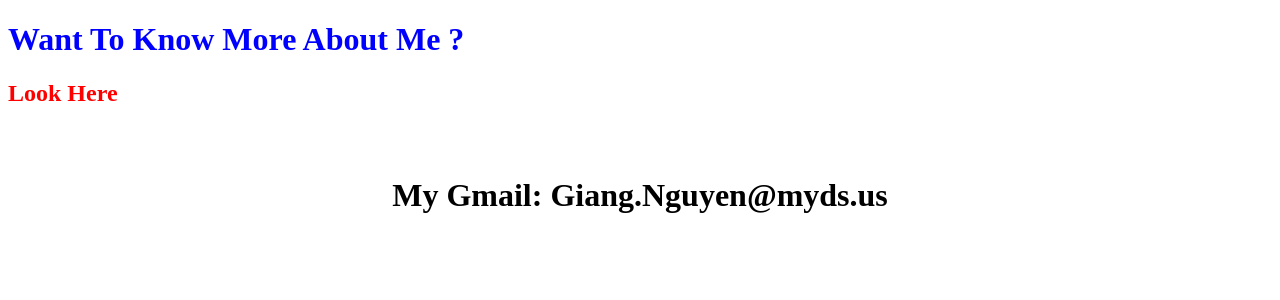
Repository: GiangNguyen2805/GiangNguyen2805.github.io
Page: contactme.html
The author's editor kept a record of every edit. The page is drawn from the files as they stood at one moment, then again after the next edit.
The browser window is 1280 px wide. The pictures show the whole page.

Above is the page before.

### contactme.html
<!DOCTYPE html>
<html>
<head>
<title>Contact Me</title>
<style>
    .h1 {
        color: blue;
      background-color: yellow
    }
</style>

</head>
 <h1 style="color:blue;"> Want To Know More About Me ?</h1>
 <h2 style="color:red;"> Look Here</h2>

 <br>
 <h1 style="text-align:center;"><p>My Gmail: Giang.Nguyen@myds.us</h1></p>

After the next edit:
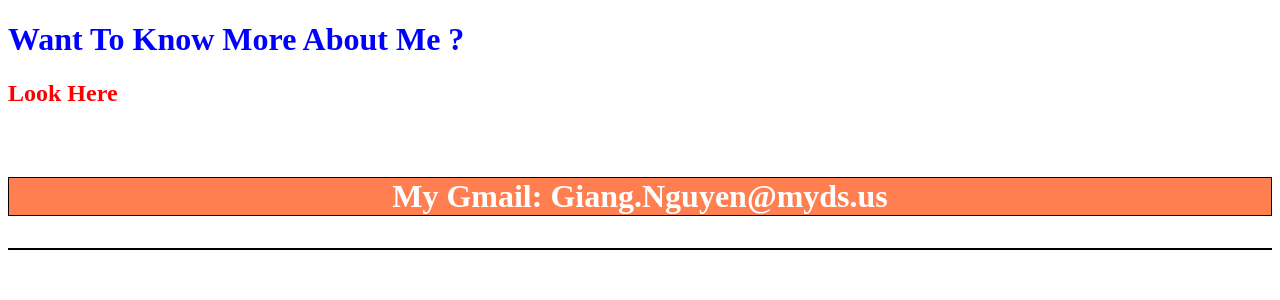
The edit:
--- a/contactme.html
+++ b/contactme.html
@@ -3,9 +3,11 @@
 <head>
 <title>Contact Me</title>
 <style>
-    .h1 {
-        color: blue;
-      background-color: yellow
+    p {
+      color: white;
+      background-color: coral;
+      padding: 0px;
+      border: 1px solid black;
     }
 </style>
 
